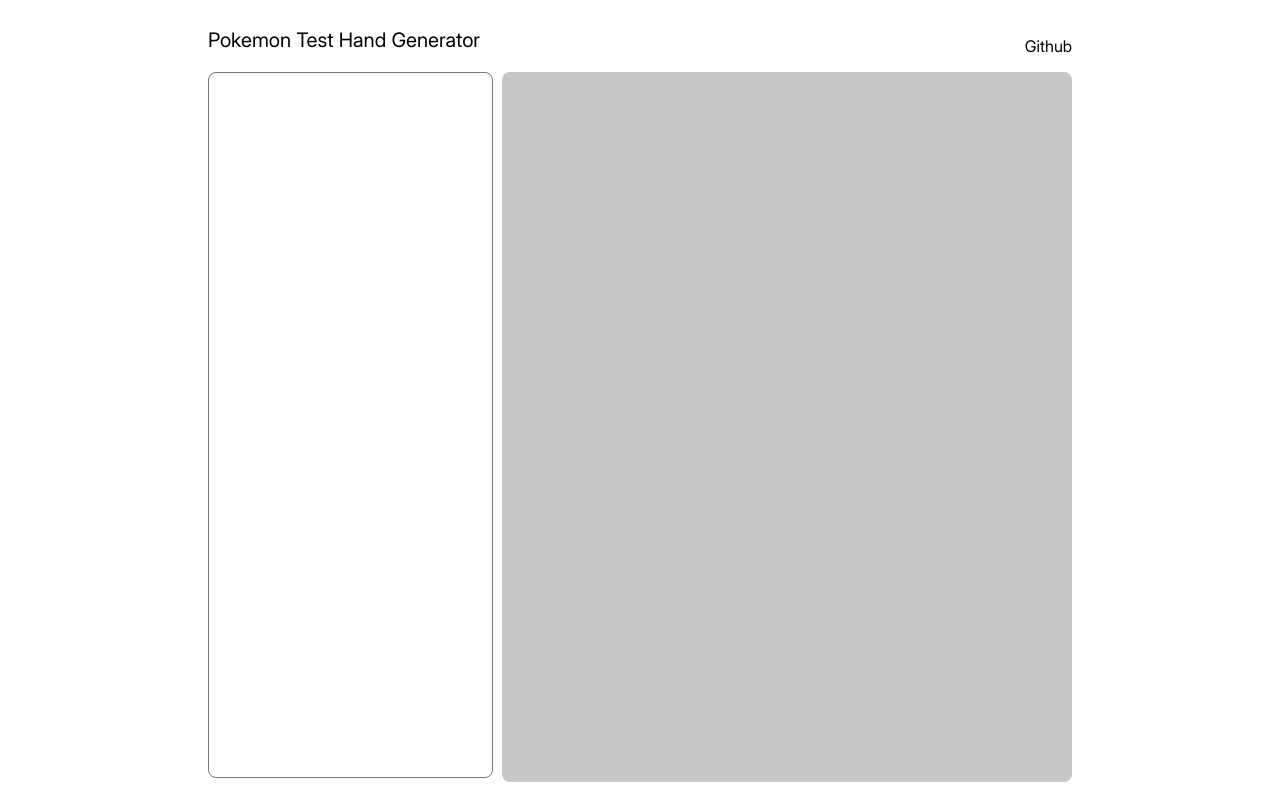
Repository: danielj1415/test-hand-simulator
Page: /
An editor plug-in stored every save of this project. The page is shown before and after the next save, followed by the edit.
The browser window is 1280 px wide. The pictures show the whole page.
The project was rebuilt for these pictures with package versions that can differ from the ones it lists, and the page was loaded fresh each time. Also part of the build but not shown: vite.config.ts, src/index.css.

Above is the page before, as saved 2024-10-30 17:57:49.

### src/App.tsx
import { useState } from 'react'
import './App.css'
import { Outlet, Link } from "react-router-dom";

function App() {

  const [deckList, setDeckList] = useState({
    deck: ''
  })

  // Handle input changes
  const handleChange = (e: { target: { name: any; value: any; }; }) => {
    const { name, value } = e.target;
    setDeckList((prevData) => ({
      ...prevData,
      [name]: value
    }));
  };

  // Handle form submission
  const handleSubmit = (e: { preventDefault: () => void; }) => {
    e.preventDefault(); // Prevents the default form submission behavior
    // Process the form data here (e.g., send to an API)
  };

  return (
    <div>
      <div className = "mainContainer">
        <div className = "navigationBar">
          <p className = "headerTextBold">Pokemon Test Hand Generator</p>
          <p className = "headerText">Github</p>
        </div>
        <div className = "mainBody">
          <div className = "inputDeck">
            <form onSubmit = {handleSubmit}>
              <div>
                <label htmlFor="deck"></label>
                <textarea className = "deckInputDiv" id="deck" name="deck" value={deckList.deck} onChange={handleChange}/>
              </div>
            </form>
          </div>
          <div className = "testHands"></div>
        </div>
      </div>
    </div>
  )
}

export default App

### src/App.css

@import "./fonts.css";

.mainContainer{
  margin-left: 200px;
  margin-right: 200px;
}

.navigationBar{
  display: flex;
  align-items:flex-end;
  justify-content: space-between;
  margin-top: 8px;
}

.headerText{
  font-size: 16px;
  font-family: "Inter";
}

.headerTextBold{
  font-size: 20px;
  font-family: "Inter";
}

.mainBody{
  display: flex;
  justify-content: space-between;
}

.inputDeck{
  width: 33%;
  border-radius: 8px;
}

.testHands{
  width: 66%;
  background-color: rgb(198, 198, 198);
  border-radius: 8px;
}


.deckInputDiv{
  width: 98%;
  height: 700px;
  resize: none;
  border-radius: 8px;
}

### src/fonts.css
@font-face {
    font-family: "Inter";
    src: url("/src/assets/fonts/Inter_28pt-Regular.ttf");
  }

Loaded but not shown: index.html (common file); src/main.tsx (common file)

After the next save:
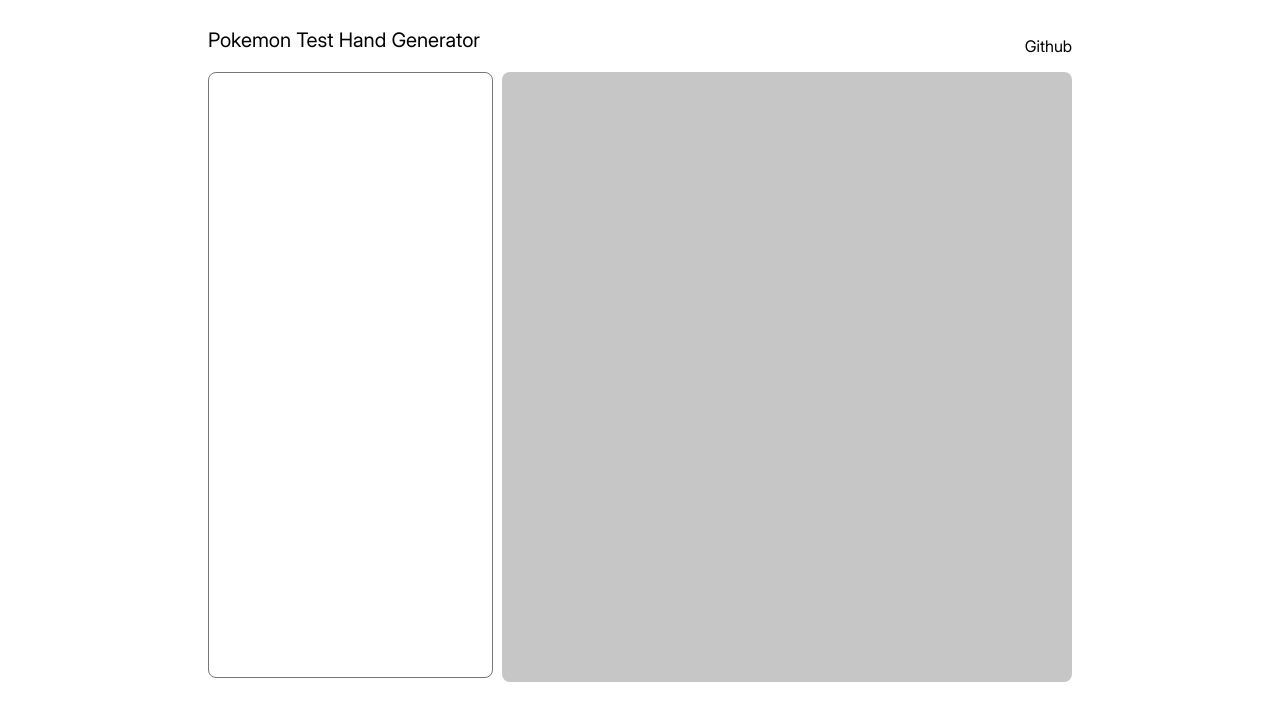
Saved 11 s later.
--- a/src/App.css
+++ b/src/App.css
@@ -42,7 +42,7 @@
 
 .deckInputDiv{
   width: 98%;
-  height: 700px;
+  height: 600px;
   resize: none;
   border-radius: 8px;
 }
